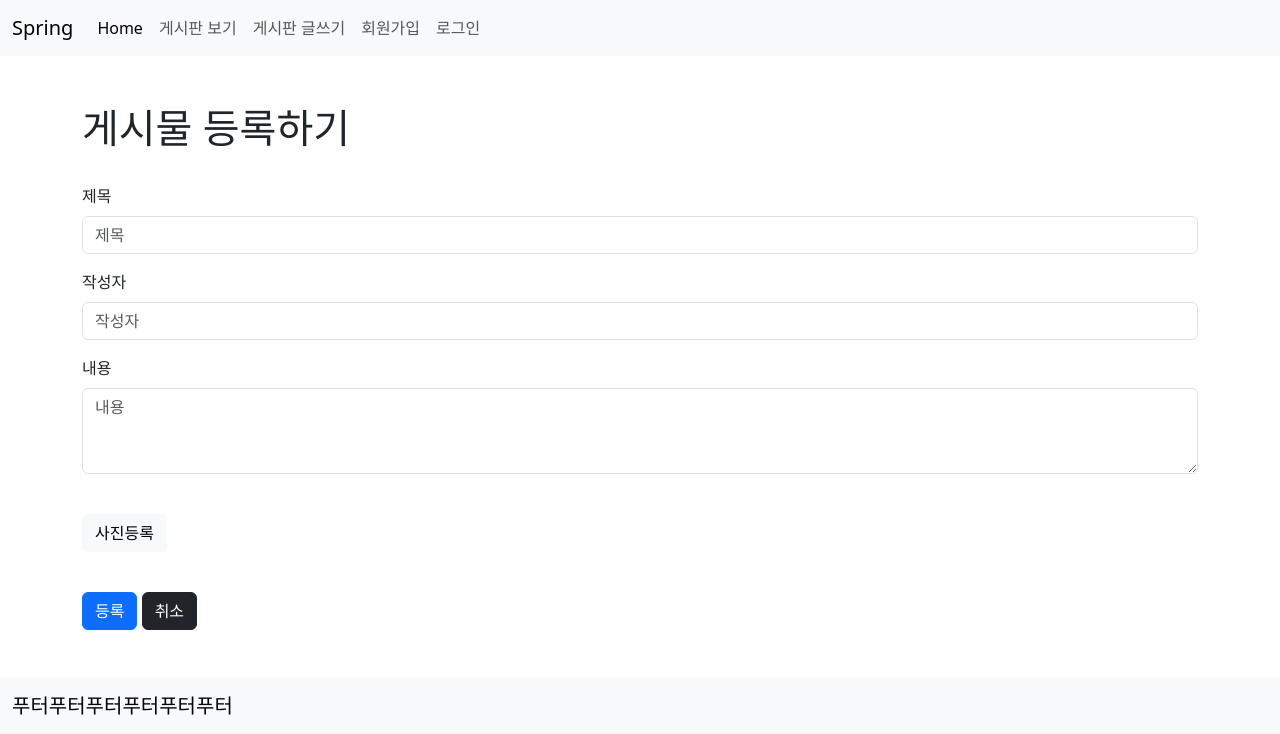
Repository: Jensuchan/spring_solo_project
Page: http://localhost/spring_test/WEB-INF/views/board/register.jsp
An editor plug-in stored every save of this project. The page is shown before and after a run of saves, followed by the edit.
The browser window is 1280 px wide. The pictures show the whole page.
The page is served by Tomcat 9. Nobody is signed in. The template is opened directly, without the code that normally fills it, so the values that code supplies are empty.

Above is the page before, as saved 2024-01-17 05:12:11.

After the next 2 saves:
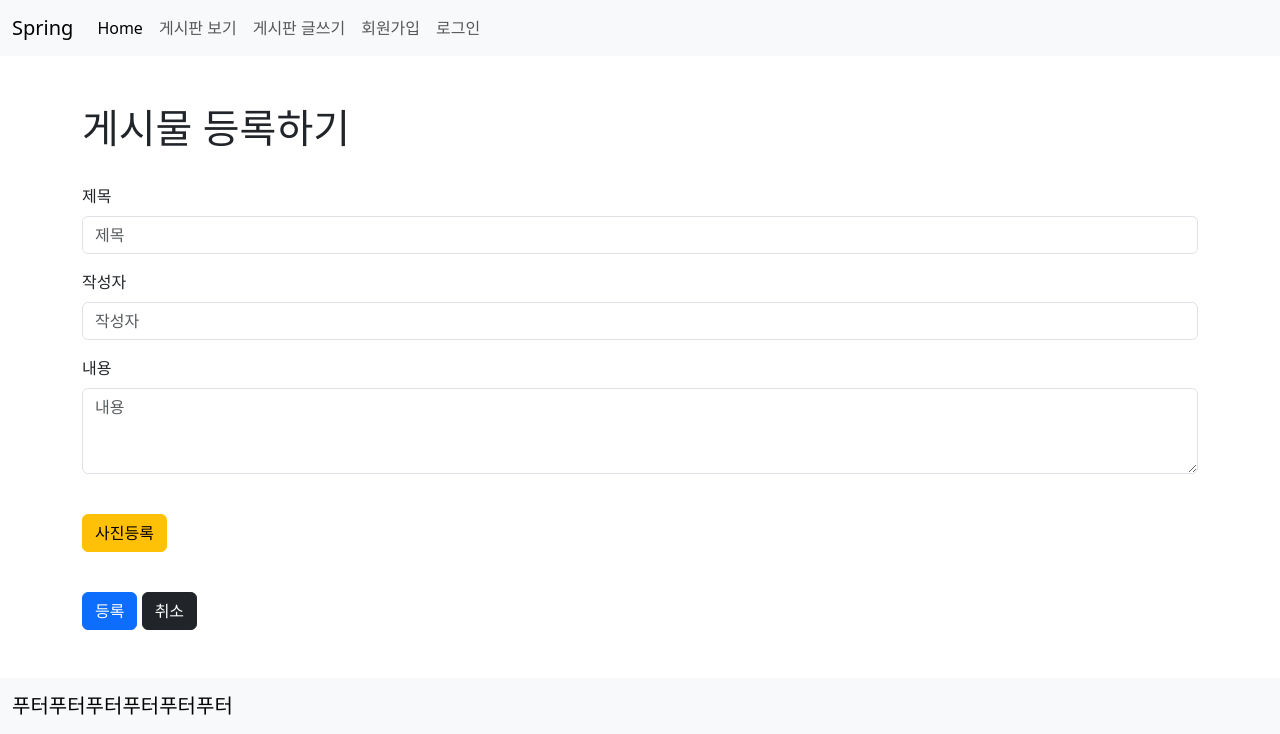
The 2 saves are shown as one change because they came seconds apart.
The last was saved 10 s later.
--- a/spring_test/src/main/webapp/WEB-INF/views/board/register.jsp
+++ b/spring_test/src/main/webapp/WEB-INF/views/board/register.jsp
@@ -22,7 +22,7 @@
 		</div>
 		<div class="mb-3">
 			<input type="file" name="files" class="form-control" id="files" multiple style="display: none"> <br>
-			<button type="button" class="btn btn-light" id="trigger">사진등록</button>
+			<button type="button" class="btn btn-warning" id="trigger">사진등록</button>
 		</div>
 		<!-- 파일 목록 표시라인 -->
  		<div class="mb-3" id="fileZone"></div>
